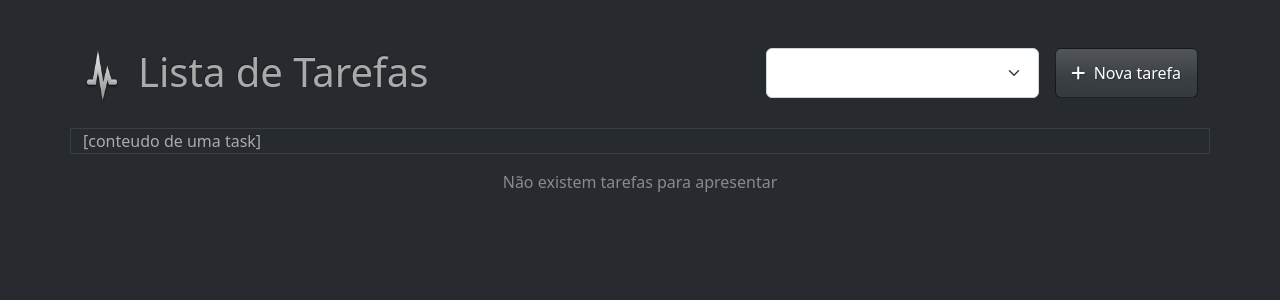
Repository: cargugati/lista_tarefas
Page: frontEnd/index.html
These files come from the project's save history. The page is drawn as it stood at one moment and after a run of saves; the edit follows.
The browser window is 1280 px wide. The pictures show the whole page.

Above is the page before, as saved 2023-03-18 20:32:38.

### frontEnd/index.html
<!DOCTYPE html>
<html lang="pt-br">

<head>
  <meta charset="UTF-8">
  <meta http-equiv="X-UA-Compatible" content="IE=edge">
  <meta name="viewport" content="width=device-width, initial-scale=1.0">
  <title>Lista de Tarefas</title>
  <link rel="stylesheet" href="./assets/css/bootstrap.min.css">
  <link rel="stylesheet" href="./assets/fontawesome/css/all.min.css">
  <link rel="shortcut icon" href="./assets/images/favicon.png" type="image/png">
</head>

<body>
  <div class="container my-5">

    <!-- cabeçalho -->
    <div class="row mb-4">
      <div class="col">
        <div class="d-flex justify-content-start">
          <img src="./assets/images/favicon.png" alt="Logo" class="img-fluid me-3" width="40px">
          <h1>Lista de Tarefas</h1>
        </div>

      </div>
      <div class="col text-end">
        <div class="d-flex justify-content-end">
          <select id="select_filter" class="form-select w-50 me-3">
            <option value=""></option>
            <option value="1">1</option>
          </select>
          <a href="new_task.html" class="btn btn-primary"><i class="fa-solid fa-plus me-2"></i>Nova tarefa</a>
        </div>
      </div>
    </div>

    <!-- aspecto visual de uma tarefa -->
    <div class="row mb-3">
      <div class="col-12 border border-primary">
        [conteudo de uma task]
      </div>
    </div>


    <!-- sem tarefa -->
    <div class="row " id="no_tasks">
      <div class="col text-center">
        <span class="opacity-75">Não existem tarefas para apresentar</span>
      </div>
    </div>
  </div>


  <script src="./assets/js/bootstrap.bundle.min.js"></script>
</body>

</html>

Loaded but not shown: frontEnd/assets/css/bootstrap.min.css (library); frontEnd/assets/fontawesome/css/all.min.css (library); frontEnd/assets/js/bootstrap.bundle.min.js (library)

After the next 2 saves:
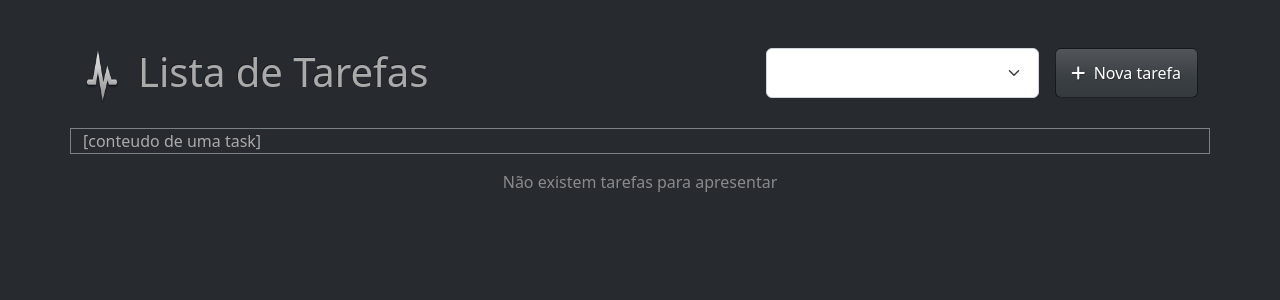
The 2 saves are shown as one change because they came seconds apart.
The last was saved 2 min 45 s later.
--- a/frontEnd/index.html
+++ b/frontEnd/index.html
@@ -36,7 +36,7 @@
 
     <!-- aspecto visual de uma tarefa -->
     <div class="row mb-3">
-      <div class="col-12 border border-primary">
+      <div class="col-12 border border-secondary ro">
         [conteudo de uma task]
       </div>
     </div>
